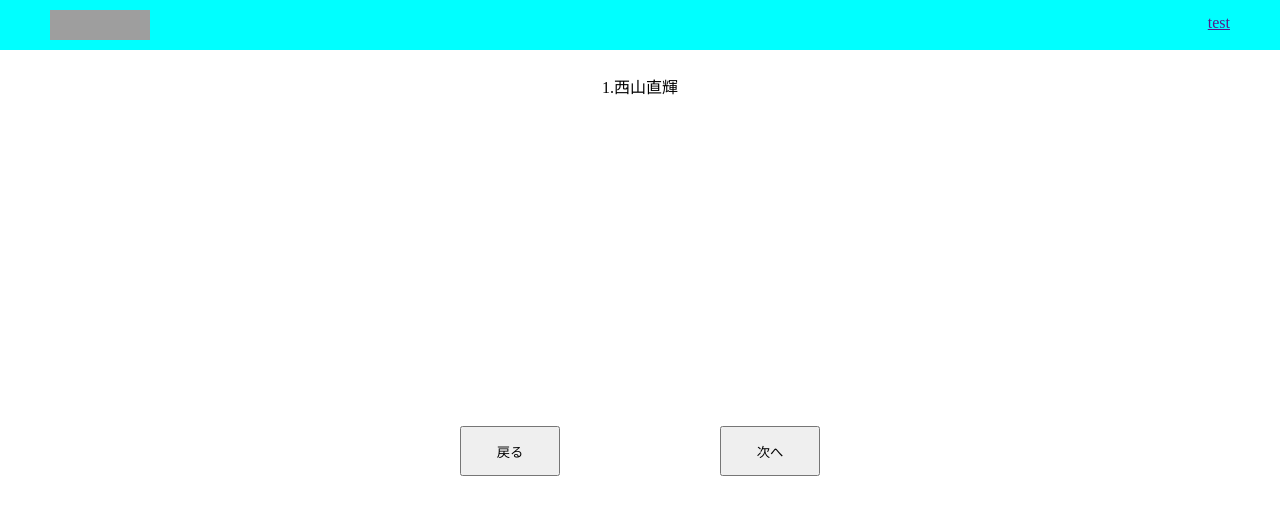
Repository: nn-nissy1010/rookie_hackathon_theme
Page: theme.html
These files come from the project's save history. The page is drawn as it stood at one moment and after a run of saves; the edit follows.
The browser window is 1280 px wide. The pictures show the whole page.
After loading, the first visible `#next_1` was clicked once.
Pictures or frames that could not be fetched are drawn as grey boxes.

Above is the page before, as saved 2021-12-02 21:35:39.

### theme.html
<!DOCTYPE html>
<html lang="ja">
<head>
    <meta charset="UTF-8">
    <meta http-equiv="X-UA-Compatible" content="IE=edge">
    <meta name="viewport" content="width=device-width, initial-scale=1.0">
    <link rel="stylesheet" href="theme.css">
    <title>新人ハッカソンテーマ</title>
</head>
<body>
    <header class="header">
        <img src="https://posse-ap.com/img/posseLogo.png" alt="POSSE画像" class="posse_logo">
        <a href=""  class="header_link">test</a>
    </header>

    <section class="set">
        <h1 class="name">1.西山直輝</h1>
        <div class="contents">
            <img src="https://encrypted-tbn0.gstatic.com/images?q=tbn:ANd9GcSGmF08qiL0RBrTwYT6mOAyXeNAOilXtIZfkw&usqp=CAU" alt="" id="set_img_1" class="set_img">
            <div id="self_impression_1" class="self_impression">
                <p>自己紹介文</p>
            </div>
            <div id="my_favorite_1" class="my_favorite">
                <p>好きな〇〇</p>
            </div>
        </div>

        <div class="set_button">
            <button id="back_1" class="back_button" onclick="back()">戻る</button>
            <button id="next_1" class="next_button" onclick="next()">次へ</button>
        </div>
    </section>
    <script src="theme.js"></script>
</body>
</html>

### theme.css
html, body, div, span, applet, object, iframe,
h1, h2, h3, h4, h5, h6, p, blockquote, pre,
a, abbr, acronym, address, big, cite, code,
del, dfn, em, img, ins, kbd, q, s, samp,
small, strike, strong, sub, sup, tt, var,
b, u, i, center,
dl, dt, dd, ol, ul, li,
fieldset, form, label, legend,
table, caption, tbody, tfoot, thead, tr, th, td,
article, aside, canvas, details, embed,
figure, figcaption, footer, header, hgroup,
menu, nav, output, ruby, section, summary,
time, mark, audio, video {
    margin: 0;
    padding: 0;
    border: 0;
    font-size: 100%;
    font: inherit;
    vertical-align: baseline;
}
/* HTML5 display-role reset for older browsers */
article, aside, details, figcaption, figure,
footer, header, hgroup, menu, nav, section {
    display: block;
}
body {
    line-height: 1;
}
ol, ul {
    list-style: none;
}
blockquote, q {
    quotes: none;
}
blockquote:before, blockquote:after,
q:before, q:after {
    content: '';
    content: none;
}
table {
    border-collapse: collapse;
    border-spacing: 0;
}

body{
    margin: 0 auto;
    text-align: center;
}

.header{
    position: fixed;
    top: 0;
    width: 100%;
    height: 50px;
    background-color: aqua;
    display: flex;
    justify-content: space-between;
}

.posse_logo{
    width: 100px;
    height: 30px;
    margin-top: 10px;
    margin-left: 50px;
}

.header_link{
    margin-top: 15px;
    margin-right: 50px;
}

.set{
    margin-top: 80px;
}

.name{
    margin: 20px 0;
}

.contents{
    margin: 0 auto;
    width: 400px;
    height: 280px;
}

.set_img{
    width: 100%;
    height: 100%;
    /* display: none; */
}

.set_button{
    display: flex;
    justify-content: space-around;
}

.back_button{
    width: 100px;
    height: 50px;
    margin: 30px 0 0 380px;
}

.next_button{
    width: 100px;
    height: 50px;
    margin: 30px 380px 0 0;
}

.self_impression{
    width: 100%;
    height: 100%;
    background-color: cyan;
    border: solid 2px black  ;
    display: none;
}

.my_favorite{
    width: 100%;
    height: 100%;
    background-color: cyan;
    border: solid 2px black  ;
    display: none;
}

### theme.js


function back(){
    img = document.getElementById('set_img_1')
    self = document.getElementById('self_impression_1')
    favorite = document.getElementById('my_favorite_1')
    img.style.display='block'
    self.style.display='none'
}

function next(){
    img = document.getElementById('set_img_1')
    self = document.getElementById('self_impression_1')
    favorite = document.getElementById('my_favorite_1')
    if(img.style.display==='block'){
        img.style.display='none'
        self.style.display='block'
        favorite.style.display='none'
    }else{
        img.style.display='none'
        self.style.display='none'
        favorite
    }

}

After the next 5 saves:
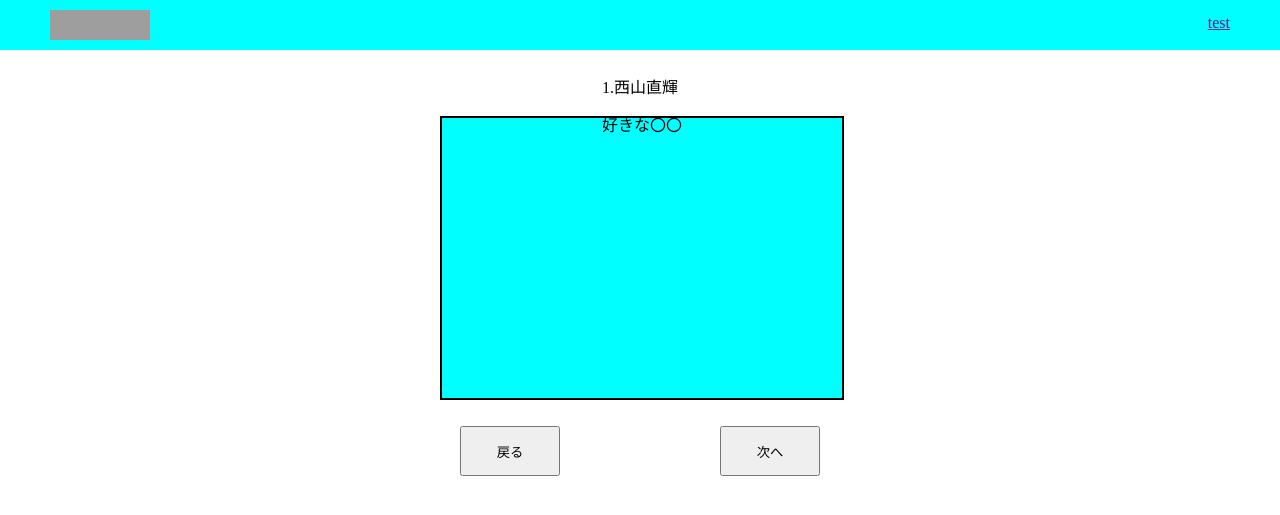
The 5 saves are shown as one change because they came seconds apart.
The last was saved 14 s later.
--- a/theme.js
+++ b/theme.js
@@ -19,7 +19,7 @@ function next(){
     }else{
         img.style.display='none'
         self.style.display='none'
-        favorite
+        favorite.style.display='block'
     }
 
 }
